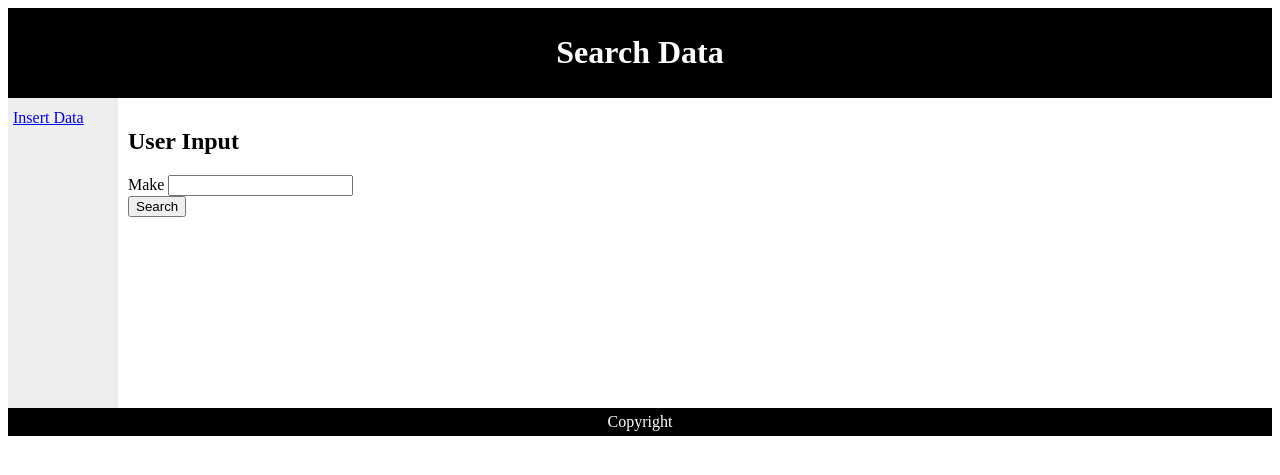
Repository: CamdenMurphy/workspace4830-intro-to-software-engineering
Page: techExercise/techExercise-Murphy/src/main/webapp/search_murphy.html
An editor plug-in stored every save of this project. The page is shown before and after the next save, followed by the edit.
The browser window is 1280 px wide. The pictures show the whole page.

Above is the page before, as saved 2023-10-12 04:54:22.

### techExercise/techExercise-Murphy/src/main/webapp/search_murphy.html
<html>
<head>
<style>
header {
    background-color:black;
    color:white;
    text-align:center;
    padding:5px;
}
nav {
    line-height:30px;
    background-color:#eeeeee;
    height:300px;
    width:100px;
    float:left;
    padding:5px;
}
section {
    width:350px;
    float:left;
    padding:10px;
}
footer {
    background-color:black;
    color:white;
    clear:both;
    text-align:center;
    padding:5px;
}
</style>
</head>

<body>
<header>
<h1> Search Data</h1>
</header>

<nav>
<a href="/techExercise-Murphy/insert_murphy.html">Insert Data</a> <br>
</nav>

<section>
	<h1>User Input</h1>

	<form action="SearchMurphy" method="POST">

		Make <input type="text" name="keyword"> <br />

		<input type="submit" value="Search" />
	</form>

</section>

<footer>
Copyright
</footer>
</body>
</html>

After the next save:
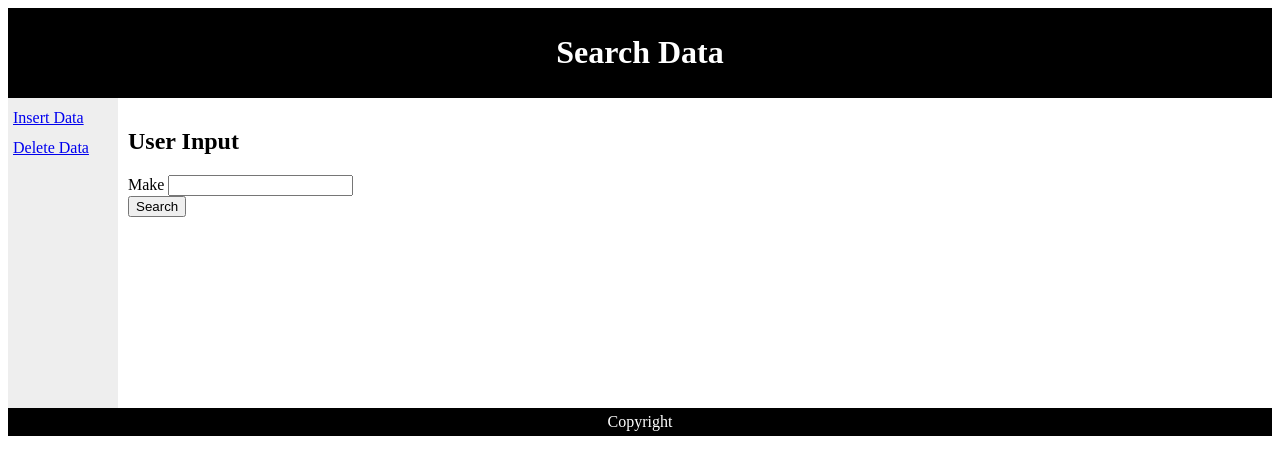
Saved 13 min 5 s later.
--- a/techExercise/techExercise-Murphy/src/main/webapp/search_murphy.html
+++ b/techExercise/techExercise-Murphy/src/main/webapp/search_murphy.html
@@ -37,6 +37,7 @@ footer {
 
 <nav>
 <a href="/techExercise-Murphy/insert_murphy.html">Insert Data</a> <br>
+<a href="/techExercise-Murphy/delete_murphy.html">Delete Data</a> <br>
 </nav>
 
 <section>
